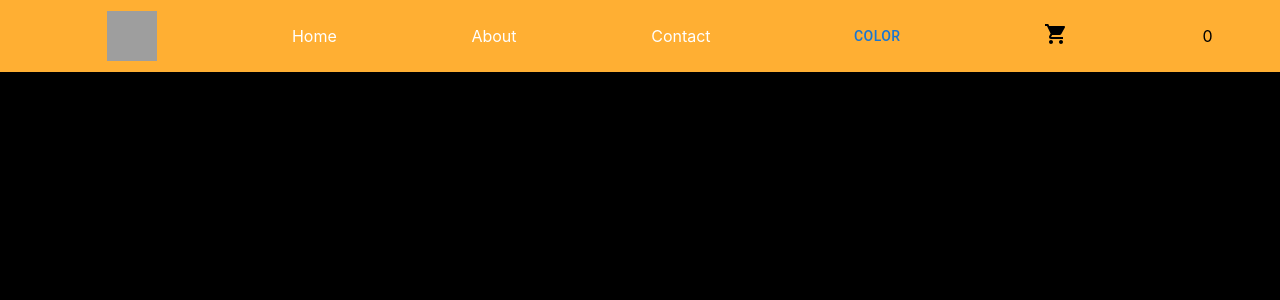
Repository: Toydrum/React-Hector-Coronado-EntregaFinal
Page: /
The author's editor kept a copy of each file at every save. The page is drawn from the files as they stood at one save, then again after the next save.
The browser window is 1280 px wide. The pictures show the whole page.
Pictures or frames that could not be fetched are drawn as grey boxes. The page's requests for data from a server got no answer. The project was rebuilt for these pictures with package versions that can differ from the ones it lists, and the page was loaded fresh each time. No one was signed in, and anything a server would have sent is missing. Also part of the build but not shown: vite.config.js, src/components/CardUser/CardUser.jsx, src/pages/ContactPage/ContactPage.jsx, src/pages/AboutPage/AboutPage.jsx, src/pages/DetailPage/DetailPage.jsx, src/pages/ShopPage/Styles.css, src/components/MessageSuccess/MessageSuccess.jsx, src/pages/ShopPage/ShopPage.jsx.

Above is the page before, as saved 2023-07-16 23:30:54.

### src/App.jsx
//import React from "react";
import "./App.css";
import { BrowserRouter as Router, Routes, Route } from "react-router-dom";

//Context
import { GatosProvider } from "./context/GatosContext";

//Components
import NavBar from "./components/Navbar/Navbar";
//import MenuColor from "./components/MenuColor/MenuColor";
//import CardUser from "./components/CardUser/CardUser";

//Pages
import HomePage from "./pages/HomePage/HomePage";
import ContactPage from "./pages/ContactPage/ContactPage";
import AboutPage from "./pages/AboutPage/AboutPage";
import DetailPage from "./pages/DetailPage/DetailPage";
import ShopPage from "./pages/ShopPage/ShopPage";

const App = () => {
  return (
    <Router>
      <GatosProvider>
        <div className="App">
          <NavBar />
          <Routes>
            <Route path="/" element={<HomePage />}></Route>
            <Route path="/About" element={<AboutPage />}></Route>
            <Route path="/Contact" element={<ContactPage />}></Route>
            <Route path="/detail/:id" element={<DetailPage />}></Route>
            <Route path="/shop" element={<ShopPage />}></Route>
          </Routes>
          <div className="Cards-Container"></div>
        </div>
      </GatosProvider>
    </Router>
  );
};

export default App;

### src/App.css
body{
  background-color: black;
}

.App {
  display: flex;
  flex-direction: column;
  justify-content: center;
}

.Cards-Container{
  display: flex;
  width: 100%;
  justify-content: center;
}

### src/context/GatosContext.jsx
import { useState, createContext } from "react";
import PropTypes from "prop-types"; // Importa PropTypes

export const GatosContext = createContext();

const initialState = () => [];

export const GatosProvider = ({ children }) => {
  const [items, setItems] = useState(initialState);

  return (
    <GatosContext.Provider value={[items, setItems]}>
      {children}
    </GatosContext.Provider>
  );
};

GatosProvider.propTypes = {
  children: PropTypes.node.isRequired,
};

### src/components/Navbar/Navbar.jsx
import { useContext } from "react";
import "./Navbar.css";
import logo from "./cat-logo.svg";
import { Link } from "react-router-dom";
import CartWidget from "../CartWidget/CartWidget";
import MenuColor from "../MenuColor/MenuColor";
import { GatosContext } from "../../context/GatosContext";
//import { GatosProvider } from "../../context/GatosContext";

const NavBar = () => {
  const [items] = useContext(GatosContext);

  return (
    <nav className="nav-container">
      <ul className="nav-ul">
        <img src={logo} alt="gatito" style={{ height: 50, width: 50 }} />
        <li className="li">
          <Link to="/" className="li">
            Home
          </Link>
        </li>
        <li className="li">
          <Link to="/about" className="li">
            About
          </Link>
        </li>
        <li className="li">
          <Link to="/contact" className="li">
            Contact
          </Link>
        </li>
        <li className="li">
          <MenuColor />
        </li>
        <li className="li">
          <Link to="/shop" className="li">
            <CartWidget className="li" />
          </Link>
        </li>
        {items.length}
      </ul>
    </nav>
  );
};

export default NavBar;

### src/pages/HomePage/HomePage.jsx
import React from "react";
import CardList from "../../components/CardList/CardList";

const HomePage = () => {
  return (
    <div>
      <h1 style={{ display: "flex", justifyContent: "center" }}>HomePage</h1>
      <CardList />
    </div>
  );
};

export default HomePage;

### src/components/Navbar/Navbar.css
.nav-container {
  background-color: #FFAF33;
  height: 10vh;
  display: flex;
  width: 100%;
  justify-content: space-around;
  align-items: center;
}

.nav-ul {
  display: flex;
  width: 100%;
  justify-content: space-around;
  align-items: center;
}

.li {
  color: white;
  list-style-type: none;
  text-decoration: none;
}

### src/components/CartWidget/CartWidget.jsx
import ShoppingCartIcon from "@mui/icons-material/ShoppingCart";

const CartWidget = () => {
  return (
    <div style={{ color: "black" }}>
      <ShoppingCartIcon />
    </div>
  );
};

export default CartWidget;

### src/components/MenuColor/MenuColor.jsx
import * as React from "react";
import Button from "@mui/material/Button";
import Menu from "@mui/material/Menu";
import MenuItem from "@mui/material/MenuItem";

const MenuColor = () => {
  const [anchorEl, setAnchorEl] = React.useState(null);
  const open = Boolean(anchorEl);
  const handleClick = (event) => {
    setAnchorEl(event.currentTarget);
  };
  const handleClose = () => {
    setAnchorEl(null);
  };

  return (
    <div>
      <Button
        id="demo-positioned-button"
        aria-controls={open ? "demo-positioned-menu" : undefined}
        aria-haspopup="true"
        aria-expanded={open ? "true" : undefined}
        onClick={handleClick}
      >
        Color
      </Button>
      <Menu
        id="demo-positioned-menu"
        aria-labelledby="demo-positioned-button"
        anchorEl={anchorEl}
        open={open}
        onClose={handleClose}
        anchorOrigin={{
          vertical: "top",
          horizontal: "left",
        }}
        transformOrigin={{
          vertical: "top",
          horizontal: "left",
        }}
      >
        <MenuItem onClick={handleClose}>Profile</MenuItem>
        <MenuItem onClick={handleClose}>My account</MenuItem>
        <MenuItem onClick={handleClose}>Logout</MenuItem>
      </Menu>
    </div>
  );
};

export default MenuColor;

### src/components/CardList/CardList.jsx
import React, { useState, useEffect } from "react";
import CardUser from "../CardUser/CardUser";
import { Link } from "react-router-dom";
import "./CardList.css";
//import { Link } from "react-router-dom";
import { db } from "../../firebase/firebaseConfig";
import { collection, query, getDocs } from "firebase/firestore";

const CardList = () => {
  const [gato, setGato] = useState([]);
  useEffect(() => {
    const getGatito = async () => {
      const q = query(collection(db, "gatitos"));
      const docs = [];
      const querySnapshot = await getDocs(q);
      querySnapshot.forEach((doc) => {
        docs.push({ ...doc.data(), id: doc.id });
      });

      setGato(docs);
    };
    getGatito();
  }, []);
  console.log(gato);

  return (
    <div className="Cards-List">
      {gato.map((gato) => {
        return (
          <div key={gato.id}>
            <Link to={`/detail/:${gato.id}`}>
              <CardUser data={gato} />
            </Link>
          </div>
        );
      })}
    </div>
  );
};

export default CardList;

### src/firebase/firebaseConfig.js
// Import the functions you need from the SDKs you need
import { initializeApp } from "firebase/app";
//import { getAnalytics } from "firebase/analytics";
// TODO: Add SDKs for Firebase products that you want to use
// https://firebase.google.com/docs/web/setup#available-libraries
import { getFirestore } from "firebase/firestore";
// Your web app's Firebase configuration
// For Firebase JS SDK v7.20.0 and later, measurementId is optional
const firebaseConfig = {
  apiKey: "AIzaSyCLSk1f1K6dPfkavJgb9mdon9PDEPSR80U",
  authDomain: "gatitos-7f5b2.firebaseapp.com",
  projectId: "gatitos-7f5b2",
  storageBucket: "gatitos-7f5b2.appspot.com",
  messagingSenderId: "577315722745",
  appId: "1:577315722745:web:28034b8baa1dc0c2115928",
  measurementId: "G-DZQ36RVP49",
};

// Initialize Firebase
const app = initializeApp(firebaseConfig);
//const analytics = getAnalytics(app);
export const db = getFirestore(app);

### src/components/CardList/CardList.css
.Cards-List{
  display: grid;
  justify-content: space-around;
  align-content: space-around;
  align-items: center;
  grid-template-columns: 1fr 1fr 1fr 1fr;
}

Loaded but not shown: index.html (common file); src/main.jsx (common file); src/index.css (common file)

After the next save:
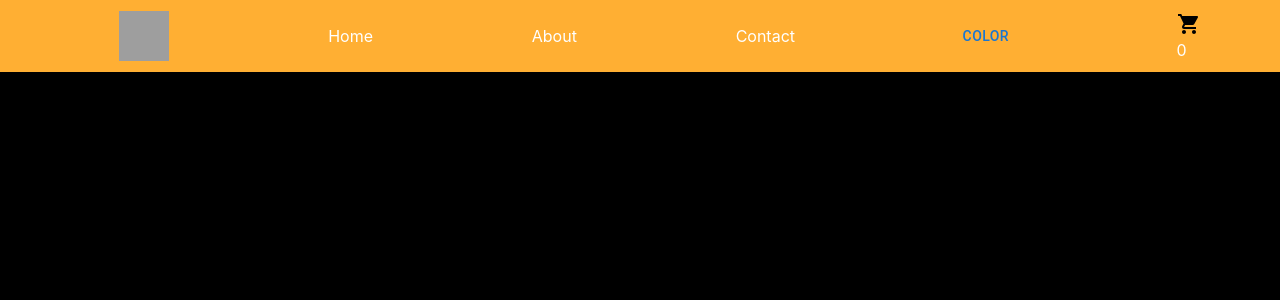
Saved 95 s later.
--- a/src/components/Navbar/Navbar.jsx
+++ b/src/components/Navbar/Navbar.jsx
@@ -36,8 +36,8 @@
           <Link to="/shop" className="li">
             <CartWidget className="li" />
           </Link>
+          {items.length}
         </li>
-        {items.length}
       </ul>
     </nav>
   );

After the 2 saves that followed:
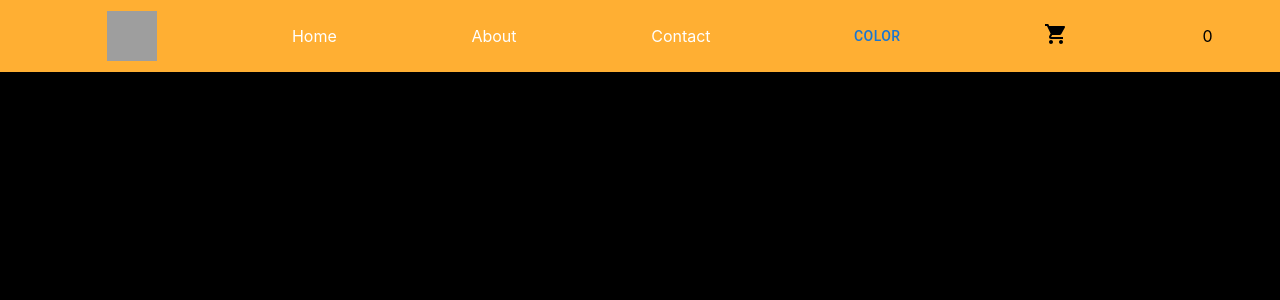
The 2 saves are shown as one change because 1 left the picture as it was.
The last was saved 22 s later.
--- a/src/components/Navbar/Navbar.jsx
+++ b/src/components/Navbar/Navbar.jsx
@@ -36,8 +36,8 @@
           <Link to="/shop" className="li">
             <CartWidget className="li" />
           </Link>
-          {items.length}
         </li>
+        {items.length}
       </ul>
     </nav>
   );
